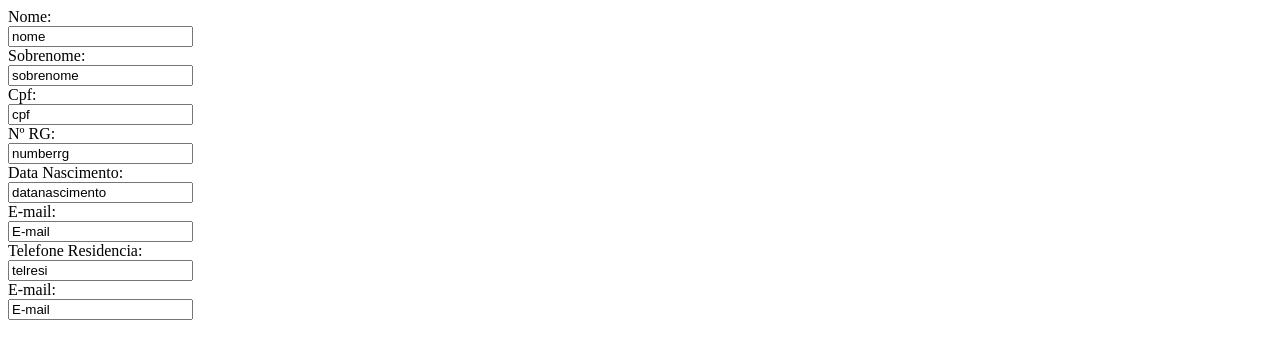
Repository: samaelsimoes/ong-cepe
Page: ong-cepe/WebContent/privado/formulario/pesfisica.html
These files come from the project's save history. The page is drawn as it stood at one moment and after a run of saves; the edit follows.
The browser window is 1280 px wide. The pictures show the whole page.

Above is the page before, as saved 2017-08-13 19:03:01.

After the next 2 saves:
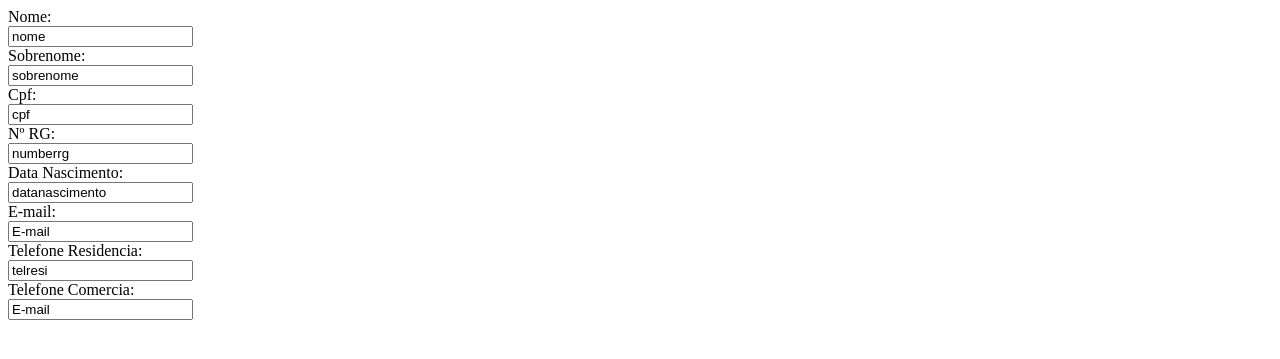
The 2 saves are shown as one change because they came seconds apart.
The last was saved 10 s later.
--- a/ong-cepe/WebContent/privado/formulario/pesfisica.html
+++ b/ong-cepe/WebContent/privado/formulario/pesfisica.html
@@ -66,7 +66,7 @@
     </div>
     <div class="col-xs-6 col-md-5 coll-md-offset-2">
 
-        <label for="email" class="col-2 col-form-label">E-mail:</label>
+        <label for="telcomercial" class="col-2 col-form-label">Telefone Comercia:</label>
 
         <div class="col-10">
 
